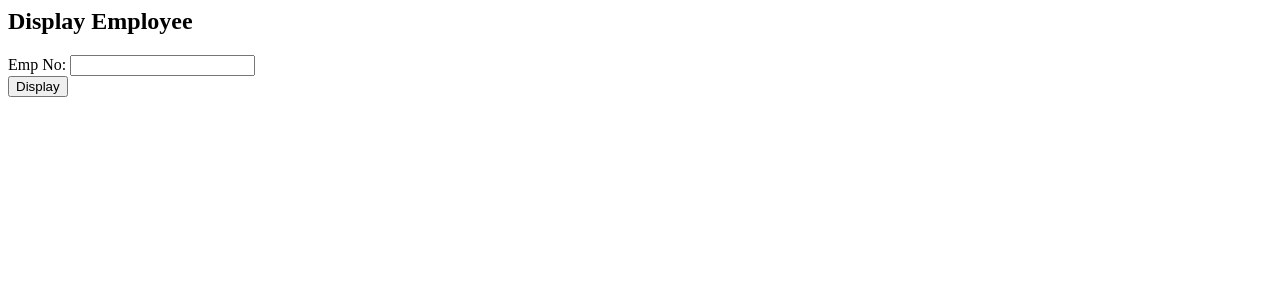
Repository: KUSUMA-74/Advance-JavaProject
Page: http://localhost/EmployeeWebApp/DisplayEmployeeServlet
The author's editor kept a copy of each file at every save. The page is drawn from the files as they stood at one save, then again after the next save.
The browser window is 1280 px wide. The pictures show the whole page.
The page is served by Tomcat 9. Queries for data that is not in the repository find no rows.

Above is the page before, as saved 2025-05-28 17:48:35.

After the next save:
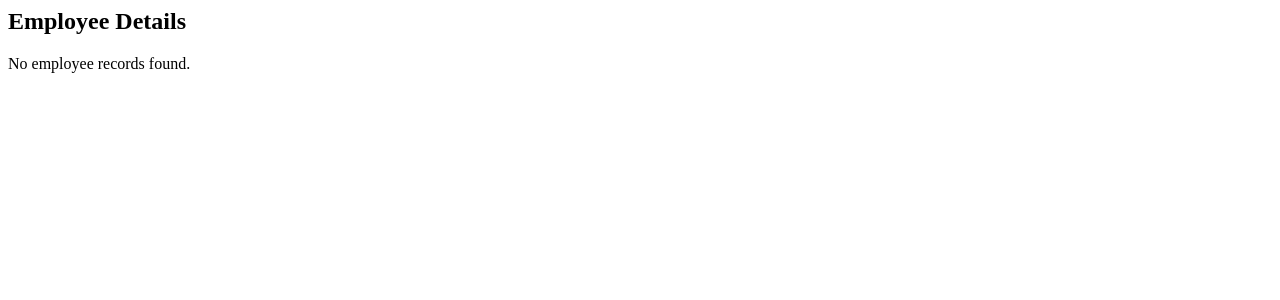
Saved 54 s later.
--- a/EmployeeWebApp/src/main/webapp/empdisplay.jsp
+++ b/EmployeeWebApp/src/main/webapp/empdisplay.jsp
@@ -1,11 +1,33 @@
-<%@ page language="java" contentType="text/html; charset=UTF-8" %>
+<%@ page import="java.util.*, com.model.Employee" %>
+<%
+    List<Employee> employeeList = (List<Employee>) request.getAttribute("employeeList");
+%>
 <html>
-<head><title>Display Employee</title></head>
+<head><title>Employee List</title></head>
 <body>
-    <h2>Display Employee</h2>
-    <form action="DisplayEmployeeServlet" method="post">
-        Emp No: <input type="number" name="empno" required><br>
-        <input type="submit" value="Display">
-    </form>
+<h2>Employee Details</h2>
+
+<% if (employeeList != null && !employeeList.isEmpty()) { %>
+    <table border="1">
+        <tr>
+            <th>Emp No</th>
+            <th>Name</th>
+            <th>Date of Joining</th>
+            <th>Gender</th>
+            <th>Salary</th>
+        </tr>
+        <% for (Employee emp : employeeList) { %>
+        <tr>
+            <td><%= emp.getEmpno() %></td>
+            <td><%= emp.getEmpname() %></td>
+            <td><%= emp.getDoj() %></td>
+            <td><%= emp.getGender() %></td>
+            <td><%= emp.getBsalary() %></td>
+        </tr>
+        <% } %>
+    </table>
+<% } else { %>
+    <p>No employee records found.</p>
+<% } %>
 </body>
 </html>
